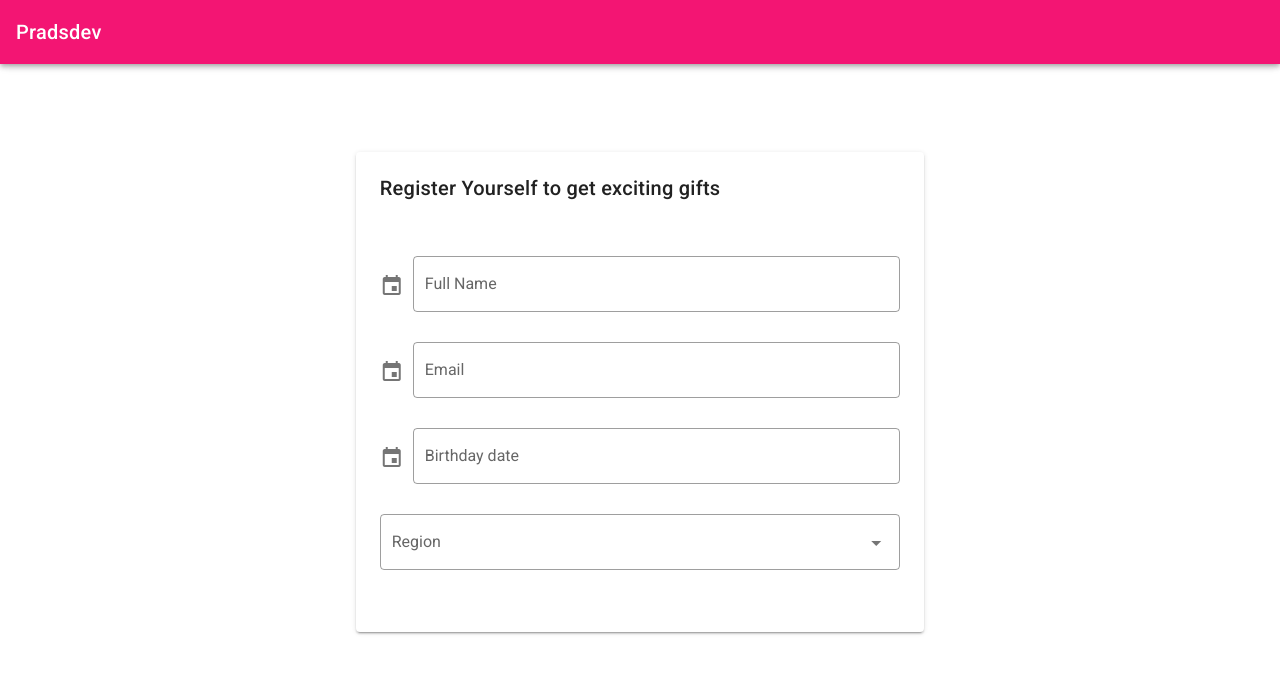
Repository: pradsdev/vue-form-validate
Page: /
An editor plug-in stored every save of this project. The page is shown before and after the next save, followed by the edit.
The browser window is 1280 px wide. The pictures show the whole page.
The project was rebuilt for these pictures with package versions that can differ from the ones it lists, and the page was loaded fresh each time. Also part of the build but not shown: vue.config.js.

Above is the page before, as saved 2020-12-21 23:21:50.

### src/App.vue
<template>
  <v-app>
    <v-app-bar
      app
      color="primary"
      dark
    >
      <div class="d-flex align-center">
        <div class="title">
          Pradsdev
        </div>
      </div>
    </v-app-bar>

    <v-main>
      <HelloWorld/>
    </v-main>
  </v-app>
</template>

<script>
import HelloWorld from './components/HelloWorld'

export default {
  name: 'App',

  components: {
    HelloWorld
  },

  data: () => ({
    //
  })
}
</script>

### src/plugins/vuetify.js
import Vue from 'vue'
import Vuetify from 'vuetify/lib/framework'

Vue.use(Vuetify)

export default new Vuetify({
  theme: {
    options: {
      customProperties: true
    },
    themes: {
      light: {
        primary: '#f31573',
        secondary: '#424242',
        accent: '#82B1FF',
        error: '#FF5252',
        info: '#2196F3',
        success: '#4CAF50',
        warning: '#FFC107'
      }
    }
  }
})

### src/components/HelloWorld.vue
<template>
  <v-container fill-height>
    <v-row class="text-center justify-center">
      <v-col cols="6">
        <v-card>
          <v-card-title class="py-5 mx-2">
            Register Yourself to get exciting gifts
          </v-card-title>
          <v-form class="mx-6 py-8">
            <v-text-field
              outlined
              label="Full Name"
              prepend-icon="mdi-calendar"
            />
            <v-text-field
              outlined
              label="Email"
              prepend-icon="mdi-calendar"
            />
            <v-menu
              ref="menu"
              v-model="menu"
              :close-on-content-click="false"
              transition="scale-transition"
              offset-y
              min-width="290px"
            >
              <template v-slot:activator="{ on, attrs }">
                <v-text-field
                  v-model="date"
                  label="Birthday date"
                  prepend-icon="mdi-calendar"
                  readonly
                  outlined
                  v-bind="attrs"
                  v-on="on"
                />
              </template>
              <v-date-picker
                ref="picker"
                v-model="date"
                :max="new Date().toISOString().substr(0, 10)"
                min="1950-01-01"
                @change="save"
              />
            </v-menu>
            <v-select
              :items="items"
              label="Region"
              outlined
            />
          </v-form>
        </v-card>
      </v-col>
    </v-row>
  </v-container>
</template>

<script>
export default {
  name: 'HelloWorld',
  data: () => ({
    date: null,
    menu: false,
    items: ['Foo', 'Bar', 'Fizz', 'Buzz']
  }),
  watch: {
    menu (val) {
      val && setTimeout(() => (this.$refs.picker.activePicker = 'YEAR'))
    }
  },
  methods: {
    save (date) {
      this.$refs.menu.save(date)
    }
  }
}
</script>

Loaded but not shown: public/index.html (common file); src/main.js (common file)

After the next save:
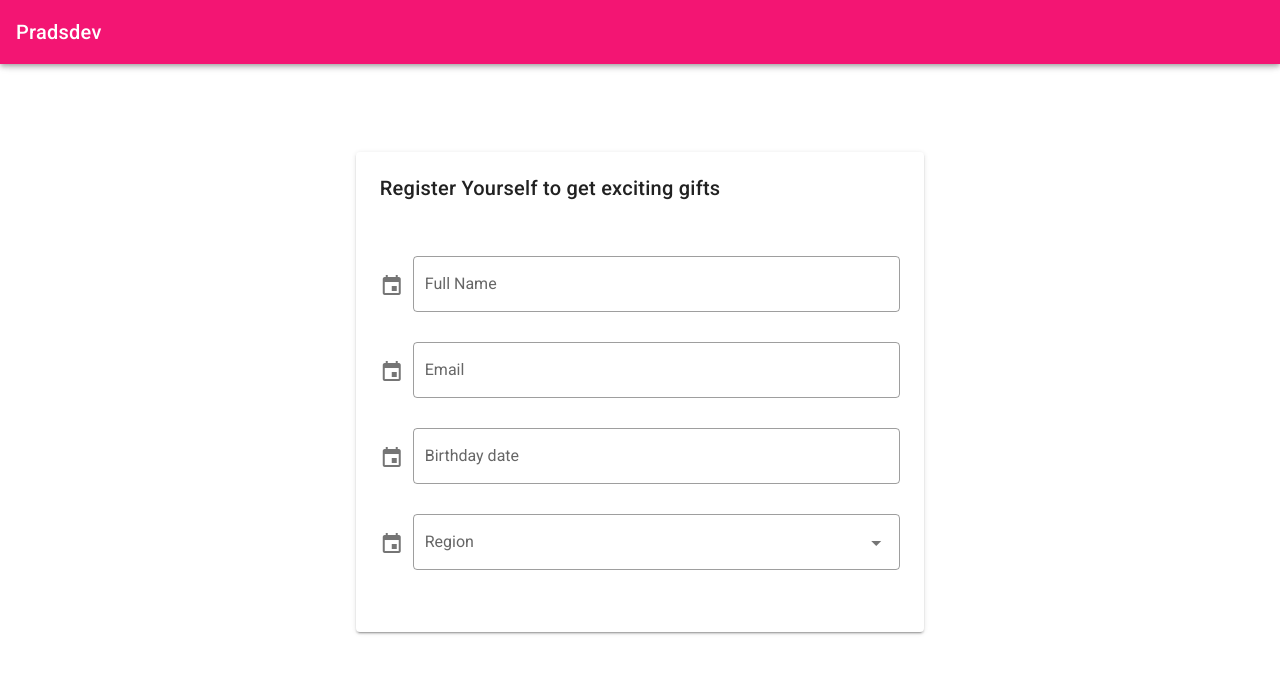
Saved 13 s later.
--- a/src/components/HelloWorld.vue
+++ b/src/components/HelloWorld.vue
@@ -48,6 +48,7 @@
               :items="items"
               label="Region"
               outlined
+              prepend-icon="mdi-calendar"
             />
           </v-form>
         </v-card>
